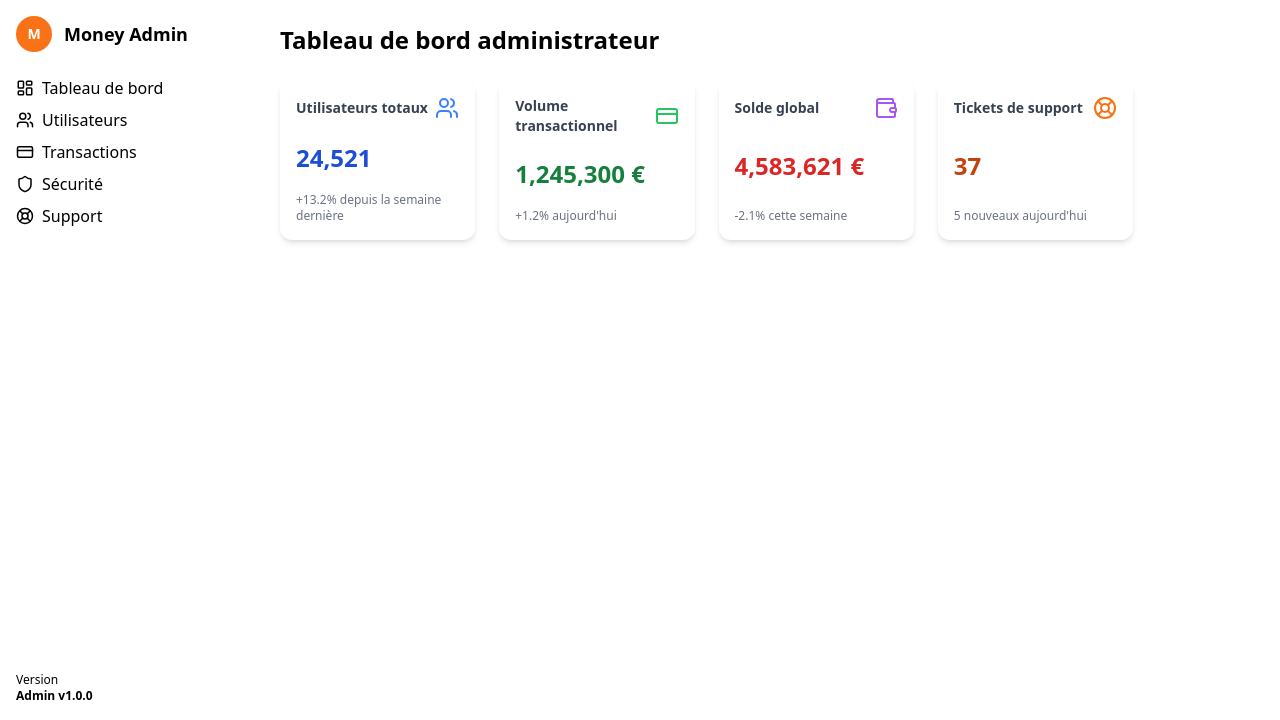
Repository: Edongo999/Dashboard
Page: /
These files come from the project's save history. The page is drawn as it stood at one moment and after the next save; the edit follows.
The browser window is 1280 px wide. The pictures show the whole page.
The project was rebuilt for these pictures with package versions that can differ from the ones it lists, and the page was loaded fresh each time. Also part of the build but not shown: vite.config.ts.

Above is the page before, as saved 2025-10-13 13:25:58.

After the next save:
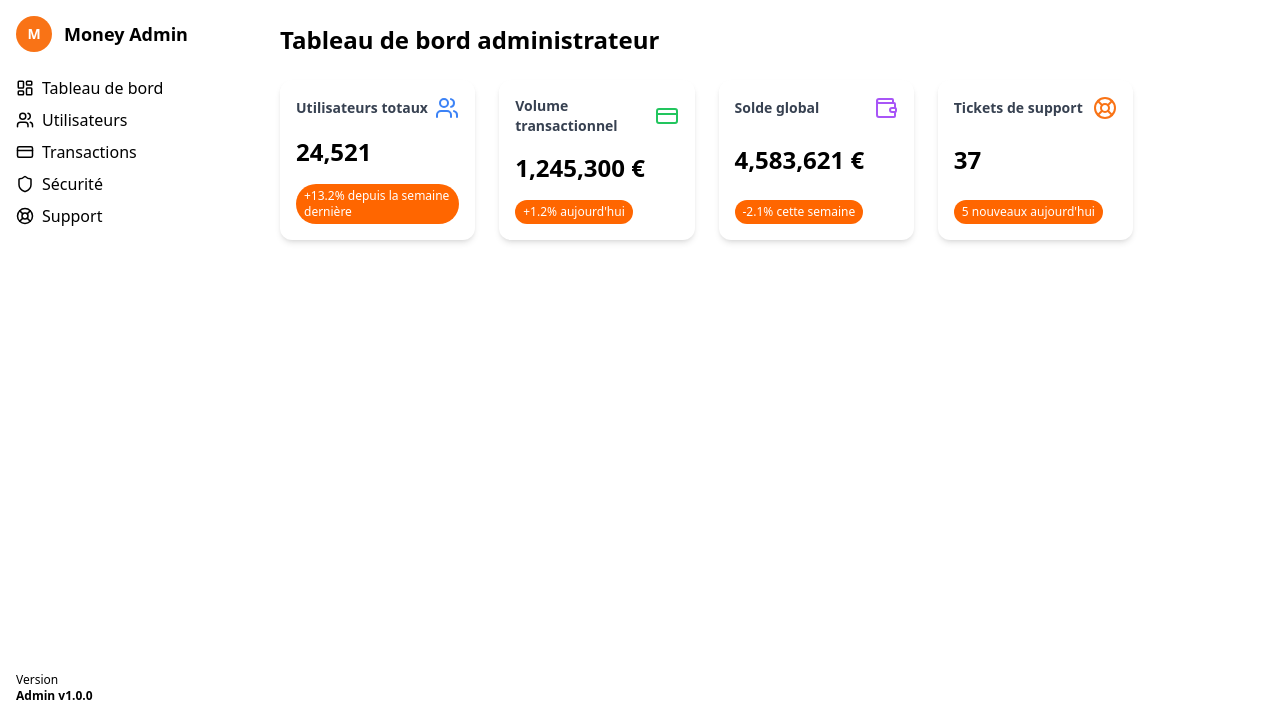
Saved 3 min 15 s later.
--- a/src/App.tsx
+++ b/src/App.tsx
@@ -9,32 +9,28 @@ const App = () => {
       value: "24,521",
       subtext: "+13.2% depuis la semaine dernière",
       icon: <Users />,
-      iconColor: "text-blue-500",
-      valueColor: "text-blue-700"
+      iconColor: "text-blue-500"
     },
     {
       title: "Volume transactionnel",
       value: "1,245,300 €",
       subtext: "+1.2% aujourd'hui",
       icon: <CreditCard />,
-      iconColor: "text-green-500",
-      valueColor: "text-green-700"
+      iconColor: "text-green-500"
     },
     {
       title: "Solde global",
       value: "4,583,621 €",
       subtext: "-2.1% cette semaine",
       icon: <Wallet />,
-      iconColor: "text-purple-500",
-      valueColor: "text-red-600" // négatif = rouge
+      iconColor: "text-purple-500"
     },
     {
       title: "Tickets de support",
       value: "37",
       subtext: "5 nouveaux aujourd'hui",
       icon: <LifeBuoy />,
-      iconColor: "text-orange-500",
-      valueColor: "text-orange-700"
+      iconColor: "text-orange-500"
     }
   ]
 
--- a/src/components/StatBlock.tsx
+++ b/src/components/StatBlock.tsx
@@ -4,10 +4,9 @@ type StatBlockProps = {
   subtext: string
   icon: React.ReactNode
   iconColor: string
-  valueColor?: string
 }
 
-const StatBlock = ({ title, value, subtext, icon, iconColor, valueColor = "text-gray-900" }: StatBlockProps) => {
+const StatBlock = ({ title, value, subtext, icon, iconColor }: StatBlockProps) => {
   return (
     <div
       className="bg-white shadow-md p-4 rounded-[12px] flex flex-col justify-between"
@@ -17,8 +16,13 @@ const StatBlock = ({ title, value, subtext, icon, iconColor, valueColor = "text-
         <h3 className="text-sm font-semibold text-gray-700">{title}</h3>
         <div className={`text-xl ${iconColor}`}>{icon}</div>
       </div>
-      <p className={`text-2xl font-bold mt-2 ${valueColor}`}>{value}</p>
-      <p className="text-xs mt-1 text-gray-500">{subtext}</p>
+      <p className="text-2xl font-bold mt-2 text-black">{value}</p>
+      <div
+        className="text-xs mt-2 px-2 py-1 rounded-full w-fit font-medium"
+        style={{ backgroundColor: "#FF6600", color: "white" }}
+      >
+        {subtext}
+      </div>
     </div>
   )
 }
